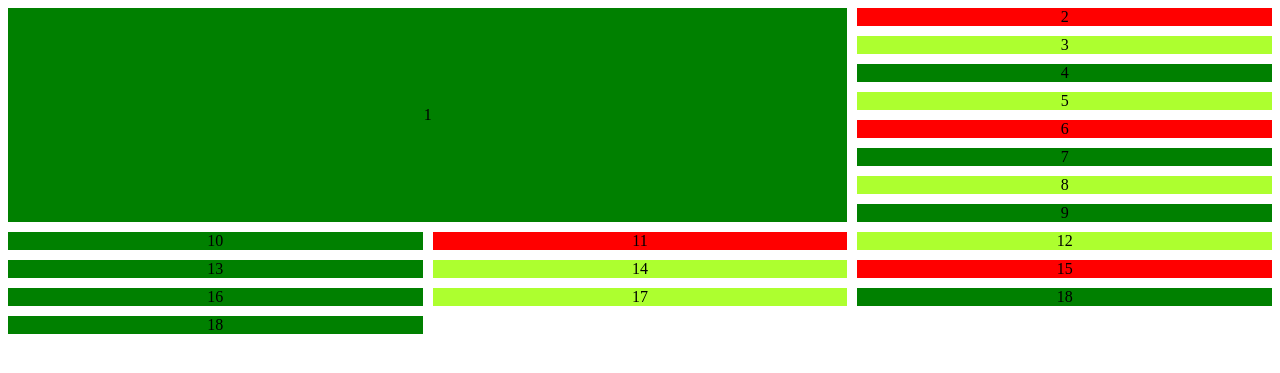
Repository: motiejus1/09-paskaita-05.31
Page: index.html
An editor plug-in stored every save of this project. The page is shown before and after a run of saves, followed by the edit.
The browser window is 1280 px wide. The pictures show the whole page.

Above is the page before, as saved 2021-06-15 19:39:21.

After the next 4 saves:
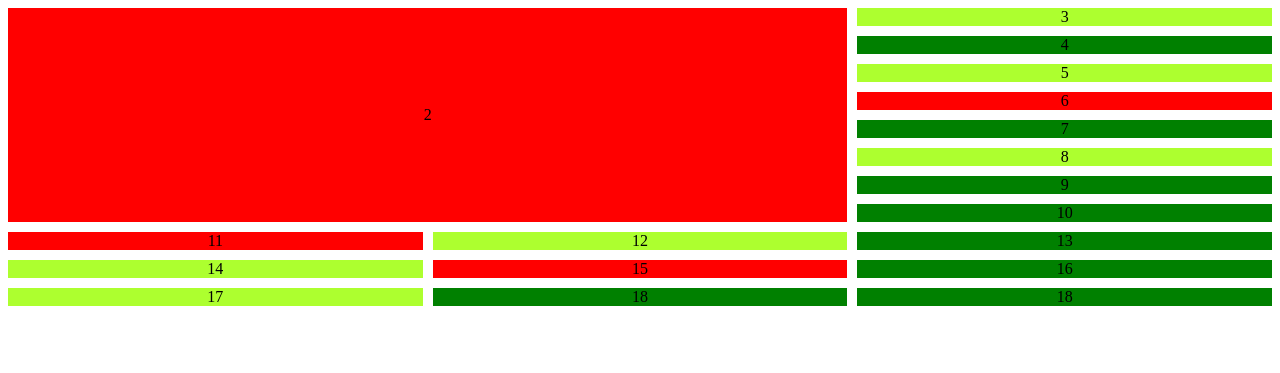
The 4 saves are shown as one change because they came seconds apart.
The last was saved 26 s later.
--- a/index.html
+++ b/index.html
@@ -32,7 +32,7 @@
             grid-row-end: 3 ;
         }
 
-        .grid-item-1 {
+        .grid-item-2 {
             grid-column-start: 1 ;
             grid-column-end: 3 ;
             grid-row-start: 1 ;
